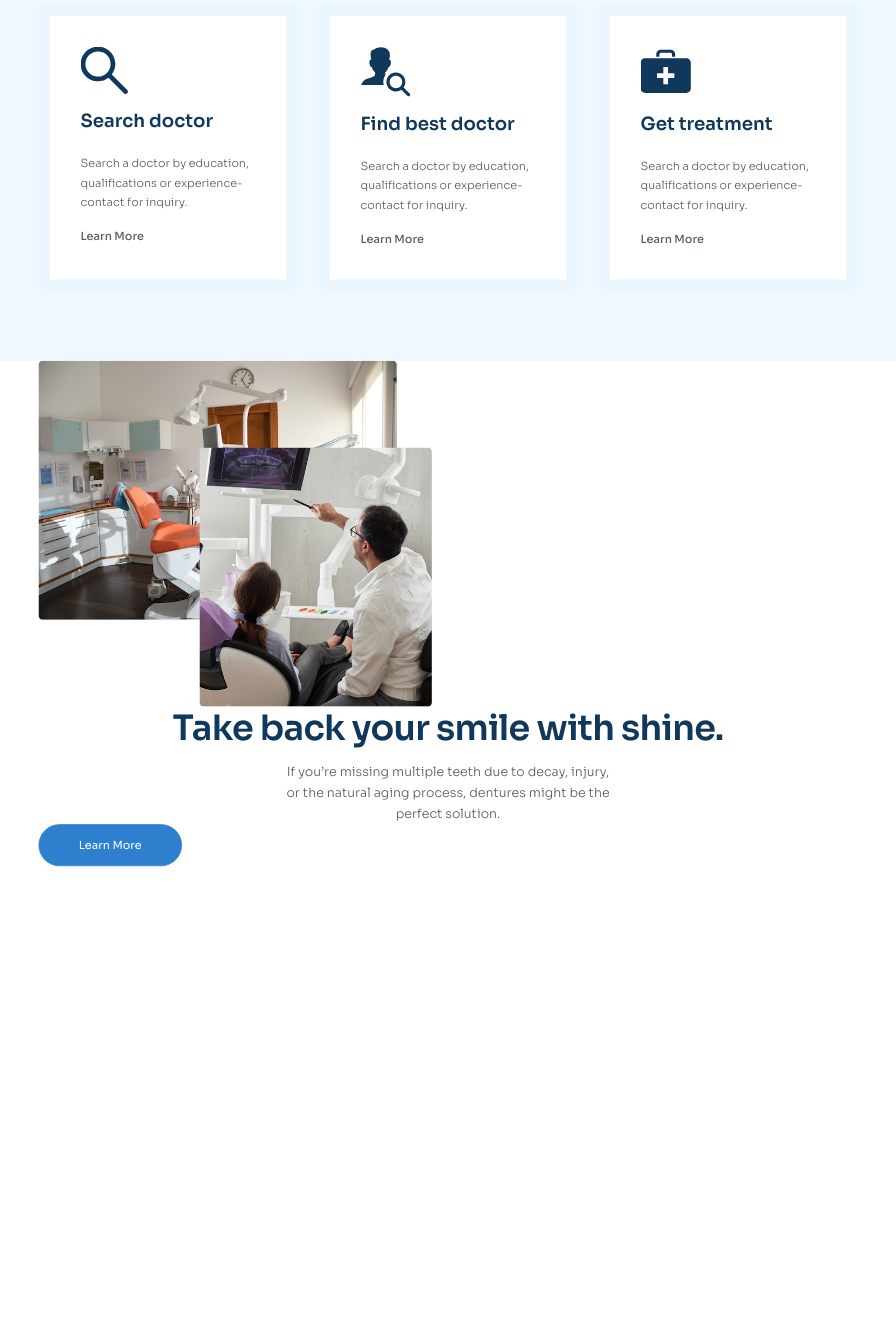
Repository: han2003dz/f8-project-03
Page: index.html
The author's editor kept a copy of each file at every save. The page is drawn from the files as they stood at one save, then again after a run of saves.
The browser window is 1280 px wide. The pictures show the part of the page from y = 2189 to 4109 px (the page is 6000 px tall), at 70% of full size.

Above is the page before, as saved 2023-05-06 21:44:45.

### index.html
<!DOCTYPE html>
<html lang="en">

<head>
    <meta charset="UTF-8">
    <meta http-equiv="X-UA-Compatible" content="IE=edge">
    <meta name="viewport" content="width=device-width, initial-scale=1.0">
    <title>Shine Smile</title>
    <!-- favicon -->
    <link rel="apple-touch-icon" sizes="57x57" href="./assets/favicon/apple-icon-57x57.png">
    <link rel="apple-touch-icon" sizes="60x60" href="./assets/favicon/apple-icon-60x60.png">
    <link rel="apple-touch-icon" sizes="72x72" href="./assets/favicon/apple-icon-72x72.png">
    <link rel="apple-touch-icon" sizes="76x76" href="./assets/favicon/apple-icon-76x76.png">
    <link rel="apple-touch-icon" sizes="114x114" href="./assets/favicon/apple-icon-114x114.png">
    <link rel="apple-touch-icon" sizes="120x120" href="./assets/favicon/apple-icon-120x120.png">
    <link rel="apple-touch-icon" sizes="144x144" href="./assets/favicon/apple-icon-144x144.png">
    <link rel="apple-touch-icon" sizes="152x152" href="./assets/favicon/apple-icon-152x152.png">
    <link rel="apple-touch-icon" sizes="180x180" href="./assets/favicon/apple-icon-180x180.png">
    <link rel="icon" type="image/png" sizes="192x192" href="./assets/favicon/android-icon-192x192.png">
    <link rel="icon" type="image/png" sizes="32x32" href="./assets/favicon/favicon-32x32.png">
    <link rel="icon" type="image/png" sizes="96x96" href="./assets/favicon/favicon-96x96.png">
    <link rel="icon" type="image/png" sizes="16x16" href="./assets/favicon/favicon-16x16.png">
    <link rel="manifest" href="./assets/favicon/manifest.json">
    <meta name="msapplication-TileColor" content="#ffffff">
    <meta name="msapplication-TileImage" content="./assets/favicon/ms-icon-144x144.png">
    <meta name="theme-color" content="#ffffff">
    <!-- embed font -->
    <link rel="preconnect" href="https://fonts.googleapis.com">
    <link rel="preconnect" href="https://fonts.gstatic.com" crossorigin>
    <link href="https://fonts.googleapis.com/css2?family=Sora:wght@300;400;500;600;700&display=swap" rel="stylesheet">
    <!-- my css -->
    <link rel="stylesheet" href="/assets/css/reset.css">
    <link rel="stylesheet" href="/assets/css/style.css">
</head>

<body style="height: 6000px;">
    <header class="header">
        <div class="container">
            <!-- nav -->
            <div class="navigation">
                <a href="#!">
                    <div class="logo">
                        <span class="logo__circle"></span>
                        <span class="logo__text">
                            <span class="logo__brand">shine</span>
                            <span class="logo__brand logo__brand--small">smile</span>
                        </span>
                    </div>
                </a>
                <nav class="navbar">
                    <ul class="nav__list">
                        <li class="nav__item">
                            <a href="#!" class="nav__link nav__link--active">Home</a>
                        </li>
                        <li class="nav__item">
                            <a href="#!" class="nav__link">Services</a>
                        </li>
                        <li class="nav__item">
                            <a href="#!" class="nav__link">About</a>
                        </li>
                        <li class="nav__item">
                            <a href="#!" class="nav__link">Doctors</a>
                        </li>
                    </ul>
                </nav>
                <!-- action -->
                <div class="header-action">
                    <a href="#!" class="header-action__login">Log In</a>
                    <button href="#!" class="header-action__sign-up btn">Sign Up</button>
                </div>
            </div>
            <!-- hero -->
            <section class="hero">
                <!-- hero content -->
                <div class="hero__content">
                    <h1 class="hero__heading">Exceptional dental care for all ages.</h1>
                    <p class="hero__desc">Exceptional dental care for all ages. Your great smile begins with a great
                        dentist.</p>
                    <div class="hero__row">
                        <a href="#!" class="btn hero__btn">Book Online</a>
                        <span class="hero__phone">or call (123) 456-7890</span>
                    </div>
                </div>
                <div class="hero__media">
                    <figure class="hero__images">
                        <img src="./assets/img/img1__hero.jpg" alt="" class="hero__img">
                        <img src="./assets/img/img2__hero.jpg" alt="" class="hero__img">
                    </figure>
                </div>

            </section>
        </div>
    </header>
    <main>
        <!-- service -->
        <div class="service">
            <div class="container">
                <h2 class="section-heading">Our services</h2>
                <p class="section-desc">Exceptional dental care for all ages. Your great smile begins with a great
                    dentist.</p>
                <div class="service__row">
                    <figure>
                        <img src="./assets/img/service-img3.jpg" alt="" class="service__img">
                    </figure>
                    <div>
                        <div class="service__list">
                            <!-- item 1 -->
                            <section class="service-item">
                                <div class="service-item__icon">
                                    <!-- icon -->
                                    <svg width="22" height="24" viewBox="0 0 22 24" fill="none"
                                        xmlns="http://www.w3.org/2000/svg">
                                        <path
                                            d="M20.3598 2.63964C17.9506 -0.556131 14.2772 -0.568132 11.2481 1.10682C11.001 1.24657 10.7219 1.31411 10.4406 1.30222C10.1592 1.29033 9.88633 1.19945 9.65105 1.03931C8.49552 0.245717 7.29036 -0.316477 5.13904 0.207462C0.623408 1.3071 0 4.90379 0 8.99816C0.0797353 12.1602 0.500857 15.3032 1.25551 18.3683C2.11836 22.0168 3.90382 24 5.43354 24C6.96326 24 7.00963 22.2204 7.00963 20.8016C7.00963 19.2009 7.39505 14.8009 10.8642 14.8009C13.5317 14.8009 14.3333 18.4013 14.3333 20.8016C14.3329 23.095 15.1722 24 16.6628 24C19.5267 24 20.9796 15.3938 21.3719 13.1237C21.7642 10.8535 22.9882 6.12569 20.3598 2.63964Z"
                                            fill="currentColor" />
                                    </svg>
                                </div>
                                <div class="service-item__body">
                                    <h3 class="service-item__heading">Oral Surgery</h3>
                                    <p class="service-item__desc">
                                        Everything you expect and then some. Cleanings, fillings, and x-rays.
                                    </p>
                                </div>
                            </section>
                            <!-- item 2 -->
                            <section class="service-item">
                                <div class="service-item__icon">
                                    <!-- icon -->
                                    <svg width="22" height="24" viewBox="0 0 22 24" fill="none"
                                        xmlns="http://www.w3.org/2000/svg">
                                        <path
                                            d="M20.3598 2.63964C17.9506 -0.556131 14.2772 -0.568132 11.2481 1.10682C11.001 1.24657 10.7219 1.31411 10.4406 1.30222C10.1592 1.29033 9.88633 1.19945 9.65105 1.03931C8.49552 0.245717 7.29036 -0.316477 5.13904 0.207462C0.623408 1.3071 0 4.90379 0 8.99816C0.0797353 12.1602 0.500857 15.3032 1.25551 18.3683C2.11836 22.0168 3.90382 24 5.43354 24C6.96326 24 7.00963 22.2204 7.00963 20.8016C7.00963 19.2009 7.39505 14.8009 10.8642 14.8009C13.5317 14.8009 14.3333 18.4013 14.3333 20.8016C14.3329 23.095 15.1722 24 16.6628 24C19.5267 24 20.9796 15.3938 21.3719 13.1237C21.7642 10.8535 22.9882 6.12569 20.3598 2.63964Z"
                                            fill="currentColor" />
                                    </svg>
                                </div>
                                <div class="service-item__body">
                                    <h3 class="service-item__heading">Wisdom Teeth Removal</h3>
                                    <p class="service-item__desc">
                                        Everything you expect and then some. Cleanings, fillings, and x-rays.
                                    </p>
                                </div>
                            </section>
                            <!-- item 3 -->
                            <section class="service-item">
                                <div class="service-item__icon">
                                    <!-- icon -->
                                    <svg width="22" height="24" viewBox="0 0 22 24" fill="none"
                                        xmlns="http://www.w3.org/2000/svg">
                                        <path
                                            d="M20.3598 2.63964C17.9506 -0.556131 14.2772 -0.568132 11.2481 1.10682C11.001 1.24657 10.7219 1.31411 10.4406 1.30222C10.1592 1.29033 9.88633 1.19945 9.65105 1.03931C8.49552 0.245717 7.29036 -0.316477 5.13904 0.207462C0.623408 1.3071 0 4.90379 0 8.99816C0.0797353 12.1602 0.500857 15.3032 1.25551 18.3683C2.11836 22.0168 3.90382 24 5.43354 24C6.96326 24 7.00963 22.2204 7.00963 20.8016C7.00963 19.2009 7.39505 14.8009 10.8642 14.8009C13.5317 14.8009 14.3333 18.4013 14.3333 20.8016C14.3329 23.095 15.1722 24 16.6628 24C19.5267 24 20.9796 15.3938 21.3719 13.1237C21.7642 10.8535 22.9882 6.12569 20.3598 2.63964Z"
                                            fill="currentColor" />
                                    </svg>
                                </div>
                                <div class="service-item__body">
                                    <h3 class="service-item__heading">Preventative Dentistry</h3>
                                    <p class="service-item__desc">
                                        Everything you expect and then some. Cleanings, fillings, and x-rays.
                                    </p>
                                </div>
                            </section>
                        </div>
                        <a href="" class="btn service__btn">All Services</a>
                    </div>
                </div>
            </div>
        </div>
        <section class="work">
            <div class="container">
                <h2 class="section-heading heading__work">How it works</h2>
                <p class="section-desc desc__work">Exceptional dental care for all ages. Your great smile begins with a
                    great dentist.
                </p>
                <div class="work__list">
                    <!-- item 1 -->
                    <section class="work-item">
                        <img src="./assets/icon/search.svg" alt="" class="work-item__icon">
                        <h3 class="work-item__heading">Search doctor</h3>
                        <p class="work-item__desc">Search a doctor by education, qualifications or experience-contact
                            for inquiry.
                        </p>
                        <a href="#!" class="learn-more">Learn More</a>
                    </section>
                    <!-- item 2 -->
                    <section class="work-item">
                        <img src="./assets/icon/search-user.svg" alt="" class="work-item__icon">
                        <h3 class="work-item__heading">Find best doctor</h3>
                        <p class="work-item__desc">Search a doctor by education, qualifications or experience-contact
                            for inquiry.
                        </p>
                        <a href="#!" class="learn-more">Learn More</a>
                    </section>
                    <!-- item 3 -->
                    <section class="work-item">
                        <img src="./assets/icon/bag.svg" alt="" class="work-item__icon">
                        <h3 class="work-item__heading">Get treatment</h3>
                        <p class="work-item__desc">Search a doctor by education, qualifications or experience-contact
                            for inquiry.
                        </p>
                        <a href="#!" class="learn-more">Learn More</a>
                    </section>
                </div>
            </div>
        </section>
        <!-- feature -->
        <section>
            <div class="container">
                <div class="feature__media">
                    <figure class="feature__images">
                        <img src="./assets/img/feature-img1.jpg" alt="" class="feature__img">
                        <img src="./assets/img/feature-img2.jpg" alt="" class="feature__img">
                    </figure>
                </div>
                <section class="feature__content">
                    <h2 class="section-heading">Take back your smile with shine.</h2>
                    <p class="section-desc">If you’re missing multiple teeth due to decay, injury, or the natural aging
                        process, dentures might be the perfect solution.
                    </p>
                    <a href="#!" class="btn">Learn More</a>
                </section>
            </div>
        </section>
    </main>
    <script src="./assets/app.js"></script>
</body>

</html>

### assets/css/style.css
* {
  box-sizing: border-box;
}
html {
  font-size: 62.5%;
}
body {
  font-size: 1.6rem;
  font-family: "Sora", sans-serif;
}
/* common */
.container {
  width: 1170px;
  max-width: calc(100% - 48px);
  margin: 0 auto;
}
.navigation {
  display: flex;
  justify-content: space-between;
  align-items: center;
}
a {
  text-decoration: none;
}
:root {
  --header-bg: #10375c;
  --primary-color: #2e80ce;
  --height-btn: 60px;
}
.nav__link,
.header-action__login {
  padding: 5px 14px;
  font-size: 1.6rem;
  font-weight: 300;
  color: #c9d2da;
}
.header-action__login:hover,
.nav__link:hover,
.nav__link--active {
  text-shadow: 1px 0 0 #fff;
}
.btn {
  display: inline-block;
  min-width: 205px;
  height: var(--height-btn);
  padding: 0 20px;
  border: 1px solid var(--primary-color);
  line-height: var(--height-btn);
  border-radius: 999px;
  font-weight: 400;
  font-size: 1.6rem;
  text-align: center;
  color: #fff;
  background: var(--primary-color);
}
.btn:hover {
  opacity: 0.9;
  cursor: pointer;
}
/* header */
.header {
  padding-top: 30px;
  padding-bottom: 100px;
  min-height: 100vh;
  background: var(--header-bg);
}

.logo {
  /* 1em = 10px */
  font-size: 1rem;
  position: relative;
  display: inline-flex;
  align-items: center;
}
.logo__circle::before,
.logo__circle::after {
  display: inline-block;
  content: "";
  border-radius: 50%;
}
.logo__circle::before {
  width: 3em;
  height: 3em;
  background: var(--primary-color);
}
.logo__circle::after {
  width: 1.6em;
  height: 1.6em;
  background: #fff;
  position: absolute;
  top: 1.1em;
  left: 1.1em;
}
.logo__text {
  margin-left: 0.6em;
  text-align: right;
  line-height: 1.6em;
}
.logo__brand {
  display: block;
  font-weight: 400;
  font-size: 1.8em;
  color: #fff;
}
.logo__brand--small {
  font-size: 1.2em;
  font-weight: 300;
}
/* navbar */
.navbar .nav__list {
  display: flex;
}
.nav__link {
  padding: 5px 21px;
}
.nav__link--active {
  pointer-events: none;
}
.nav__link--active::before {
  position: relative;
  left: -8px;
  bottom: 2px;
  content: "";
  display: inline-block;
  width: 6px;
  height: 6px;
  background: #fff;
  border-radius: 50%;
}
/* header-action */
.header-action {
  display: flex;
  align-items: center;
}
.header-action__login {
  margin-right: 7px;
}
.header-action__sign-up {
  min-width: 120px;
}
/* hero */
.hero {
  display: flex;
  margin-top: 76px;
  align-items: center;
}
.hero__content {
  /* giải quyết vấn đề co nhỏ */
  flex-shrink: 0;
  width: 44%;
}
.hero__media {
  flex-grow: 1;
}
.hero__heading {
  font-weight: 600;
  font-size: 7rem;
  line-height: 1.14;
  /* or 114% */
  letter-spacing: -0.02em;
  color: #ffffff;
}
.hero__desc {
  font-weight: 300;
  font-size: 1.8rem;
  line-height: 1.67;
  /* or 167% */
  color: #c9d2da;
  margin-top: 22px;
  margin-bottom: 38px;
}
.hero__phone {
  font-weight: 400;
  font-size: 1.8rem;
  line-height: 1.67;
  color: #fff;
}
.hero__row {
  display: flex;
  align-items: center;
  gap: 38px;
}
.hero__images {
  display: flex;
  align-items: center;
  justify-content: flex-end;
}
.hero__img {
  width: 330px;
  height: 500px;
  border-radius: 6px;
  object-fit: cover;
}
.hero__img:last-child {
  width: 210px;
  height: 400px;
}
/* service */
.service {
  padding: 170px 0;
}
.section-heading,
.section-desc {
  text-align: center;
}
.section-heading {
  font-weight: 600;
  font-size: 5rem;
  line-height: 1.2;
  /* identical to box height, or 120% */
  letter-spacing: -0.02em;
  color: #10375c;
  margin-bottom: 18px;
}
.section-desc {
  font-weight: 300;
  font-size: 1.8rem;
  line-height: 1.67;
  /* or 167% */
  margin: 0 auto;
  color: #575f66;
  max-width: 468px;
}
.service__row {
  margin-top: 70px;
  display: flex;
  justify-content: space-between;
  align-items: center;
}
.service__img {
  width: 570px;
  height: 570px;
  object-fit: cover;
  border-radius: 12px;
}
.service-item {
  display: flex;
  max-width: 420px;
  height: 128px;
  background: #ffffff;
  border-radius: 10px;
  align-items: center;
}
.service-item:hover {
  box-shadow: 0px 14px 28px rgba(0, 0, 0, 0.05);
  border-radius: 10px;
  cursor: pointer;
  position: relative;
}
.service-item:hover .service-item__icon {
  background: #2e80ce;
  box-shadow: 0px 8px 16px rgba(40, 155, 222, 0.15);
  color: #fff;
}
.service-item__heading {
  font-weight: 600;
  font-size: 1.8rem;
  line-height: 1.27;
  /* identical to box height */
  color: #10375c;
  margin-bottom: 8px;
}
.service-item__desc {
  font-weight: 300;
  font-size: 1.6rem;
  line-height: 1.75;
  /* or 175% */
  color: #575f66;
  max-width: 308px;
}
.service-item__icon {
  display: flex;
  justify-content: center;
  align-items: center;
  margin-right: 19px;
  margin-left: 22px;
  flex-shrink: 0;
  width: 60px;
  height: 60px;
  border-radius: 50%;
  background: #eff6fd;
  box-shadow: 0px 8px 16px rgba(0, 0, 0, 0.05);
  color: #10375c;
}
.service-item__body {
  margin-left: 20px;
}
.service__btn {
  margin-top: 55px;
}
/* work */
.work {
  padding: 100px 0;
  background: #f0f8ff;
}
.heading__work,
.desc__work {
  text-align: left;
  margin: 0;
}
.desc__work {
  margin-top: 18px;
}
.work__list {
  display: grid;
  grid-template-columns: repeat(3, 1fr);
  margin-top: 70px;
  column-gap: 30px;
}
.work-item {
  padding: 44px;
  border-radius: 12px;
  border: 16px solid #eaf6ff;
  background: #fff;
  transition: 0.25s;
}
.work-item:hover {
  border: 16px solid var(--primary-color);
  transform: translateY(-16px);
}
.work-item__heading {
  margin-top: 18px;
  font-weight: 600;
  font-size: 2.6rem;
  line-height: 1.38;
  /* identical to box height, or 138% */
  color: var(--header-bg);
}
.work-item__desc,
.learn-more {
  margin-top: 28px;
  font-weight: 300;
  font-size: 16px;
  line-height: 28px;
  /* or 175% */
  color: #575f66;
}
.learn-more {
  display: inline-block;
  margin-top: 20px;
  font-weight: 500;
}
.learn-more:hover {
  font-weight: 600;
  color: #2e80ce;
  transition: 0.2s;
  transform: translateY(-3px);
}

/* feature */
.feature {
  margin-top: 85px;
  padding: 85px 0;
}
.feature__media {
  width: 48%;
}
.feature__images {
  position: relative;
  padding-bottom: 121px;
}
.feature__img {
  width: 512px;
  height: 370px;
  border-radius: 6px;
  object-fit: cover;
}
.feature__img:last-child {
  width: 332px;
  position: absolute;
  right: 0;
  bottom: 0;
}

### assets/app.js
const navItems = document.querySelectorAll(".nav__link");
function handleClickNav(event){
    [...navItems].forEach(item => item.classList.remove("nav__link--active"));
    event.target.classList.add("nav__link--active");
    console.log(event.target);
}
[...navItems].forEach(item => item.addEventListener("click", handleClickNav));

Loaded but not shown: assets/css/reset.css (common file)

After the next 2 saves:
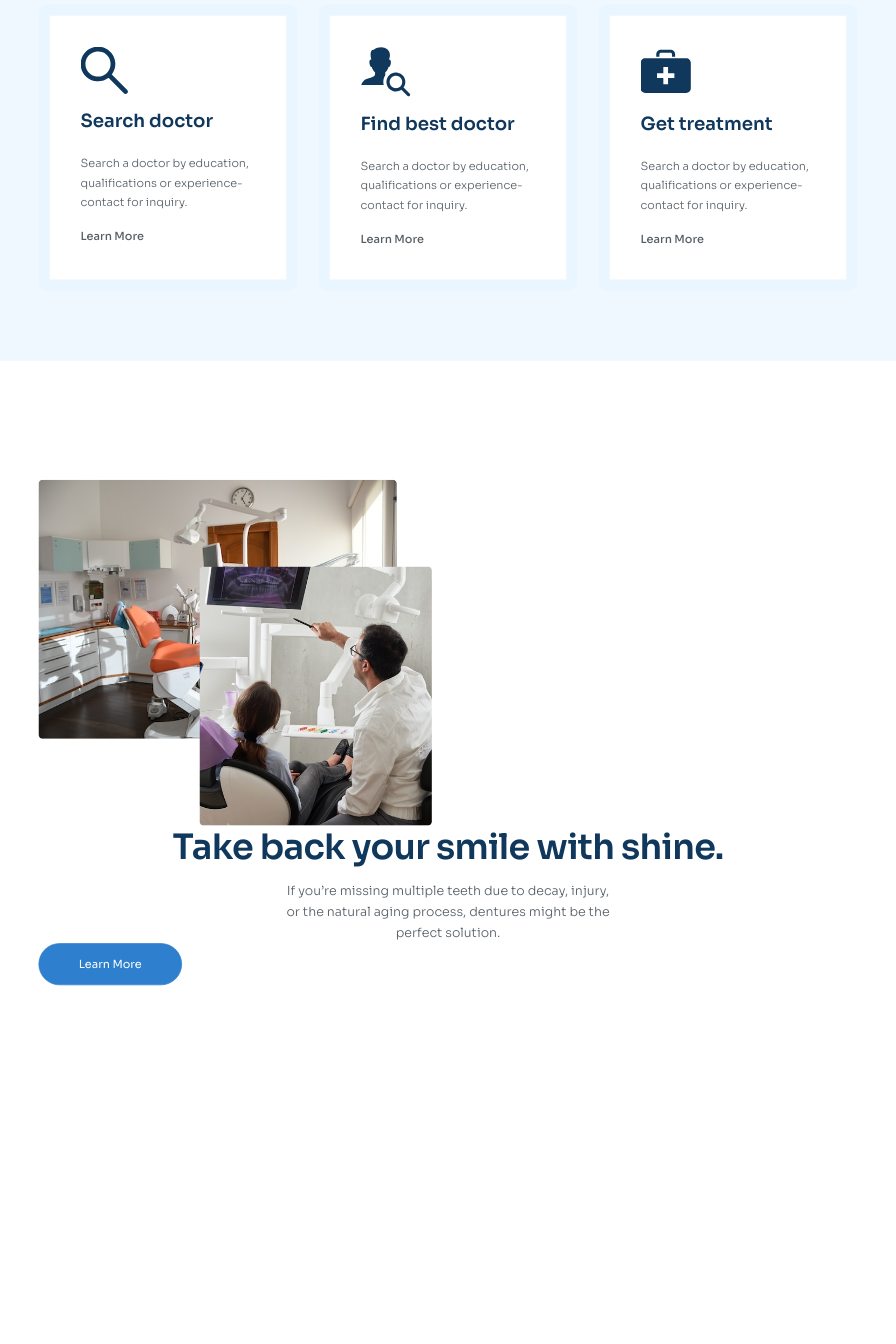
The 2 saves are shown as one change because they came seconds apart.
The last was saved 6 s later.
--- a/index.html
+++ b/index.html
@@ -202,7 +202,7 @@
             </div>
         </section>
         <!-- feature -->
-        <section>
+        <section class="feature">
             <div class="container">
                 <div class="feature__media">
                     <figure class="feature__images">
